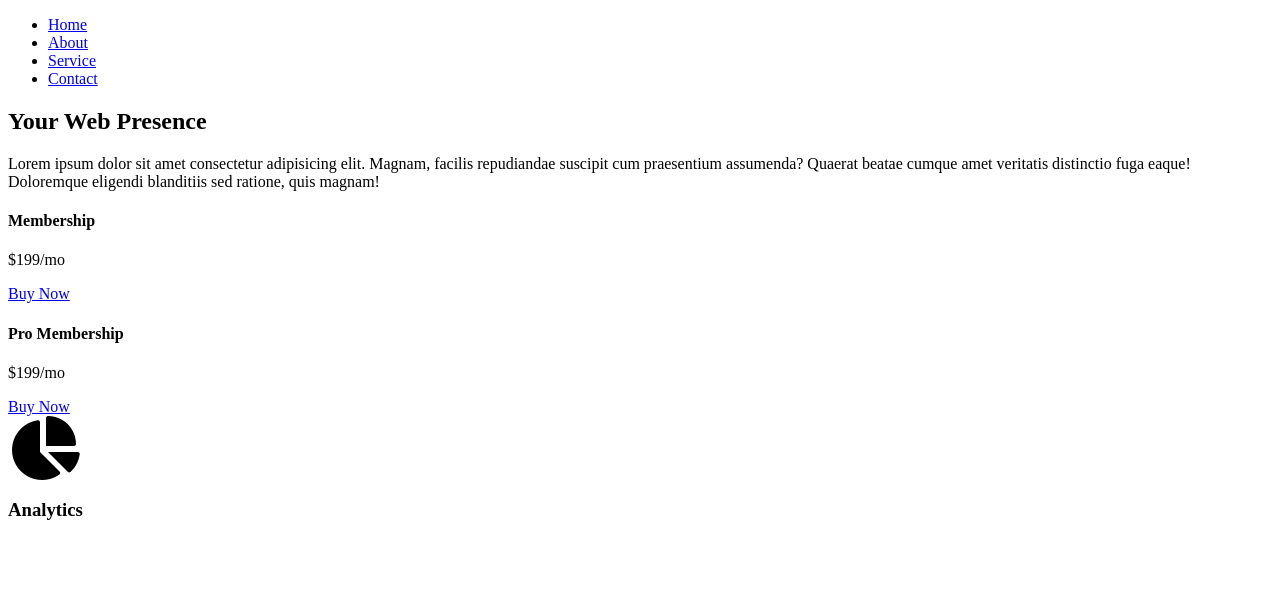
Repository: 1813404040072/grid-demo
Page: index.html
An editor plug-in stored every save of this project. The page is shown before and after the next save, followed by the edit.
The browser window is 1280 px wide. The pictures show the whole page.
Some web libraries are served in a nearby version.

Above is the page before, as saved 2019-12-24 23:00:14.

### index.html
<!DOCTYPE html>
<html lang="en">
<head>
    <meta charset="UTF-8">
    <meta name="viewport" content="width=device-width, initial-scale=1.0">
    <meta http-equiv="X-UA-Compatible" content="ie=edge">
    <title>GridBiz</title>
    <script src="https://kit.fontawesome.com/a076d05399.js"></script>
    <link rel="stylesheet" href="style.css"/>
</head>
<body>
    <div class="wrapper">
        <!-- Navigation -->
        <nav class="main-nav">
            <ul>
                <li><a href="#">Home</a></li>
                <li><a href="#">About</a></li>
                <li><a href="#">Service</a></li>
                <li><a href="#">Contact</a></li>
            </ul>
        </nav>
        <!-- Top container -->
        <section class="top-container">
            <header class="showcase">
                <h1>Your Web Presence</h1>
                <p>Lorem ipsum dolor sit amet consectetur adipisicing elit. Magnam, facilis repudiandae suscipit cum praesentium assumenda? Quaerat beatae cumque amet veritatis distinctio fuga eaque! Doloremque eligendi blanditiis sed ratione, quis magnam!</p>
                <a href="#" class="btn"></a>
            </header>
            <div class="top-box top-box-a">
                <h4>Membership</h4>
                <p class="price">$199/mo</p>
                <a href="#"class="btn">Buy Now</a>
            </div>
            <div class="top-box top-box-a">
                <h4>Pro Membership</h4>
                <p class="price">$199/mo</p>
                <a href="#"class="btn">Buy Now</a>
            </div>
        </section>

        <!-- Boxes Section -->
        <section class="boxes">
            <div class="box">
                <i class="fas fa-chart-pie fa-4x"></i>
                <h3>Analytics</h3>
                <p></p>
            </div>
        </section>
    </div>
    <!-- wrapper Ends -->

</body>
</html>

Loaded but not shown: style.css (no copy from this time; the picture is the same without it)

After the next save:
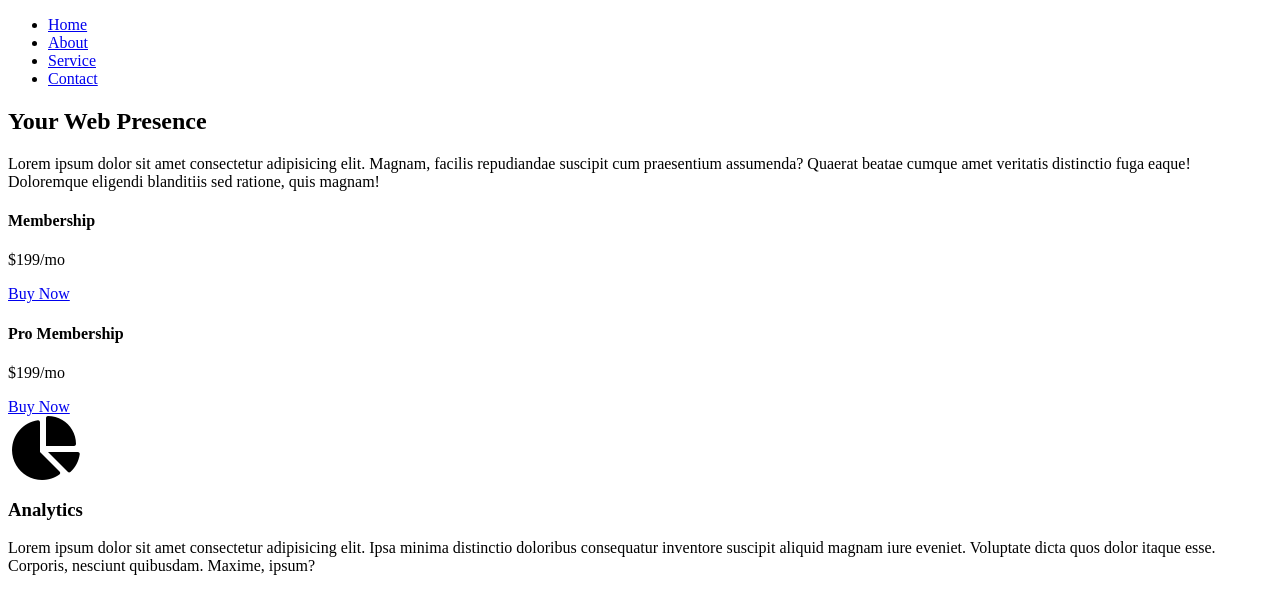
Saved 4 s later.
--- a/index.html
+++ b/index.html
@@ -43,7 +43,9 @@
             <div class="box">
                 <i class="fas fa-chart-pie fa-4x"></i>
                 <h3>Analytics</h3>
-                <p></p>
+                <p>
+                    Lorem ipsum dolor sit amet consectetur adipisicing elit. Ipsa minima distinctio doloribus consequatur inventore suscipit aliquid magnam iure eveniet. Voluptate dicta quos dolor itaque esse. Corporis, nesciunt quibusdam. Maxime, ipsum?
+                </p>
             </div>
         </section>
     </div>
